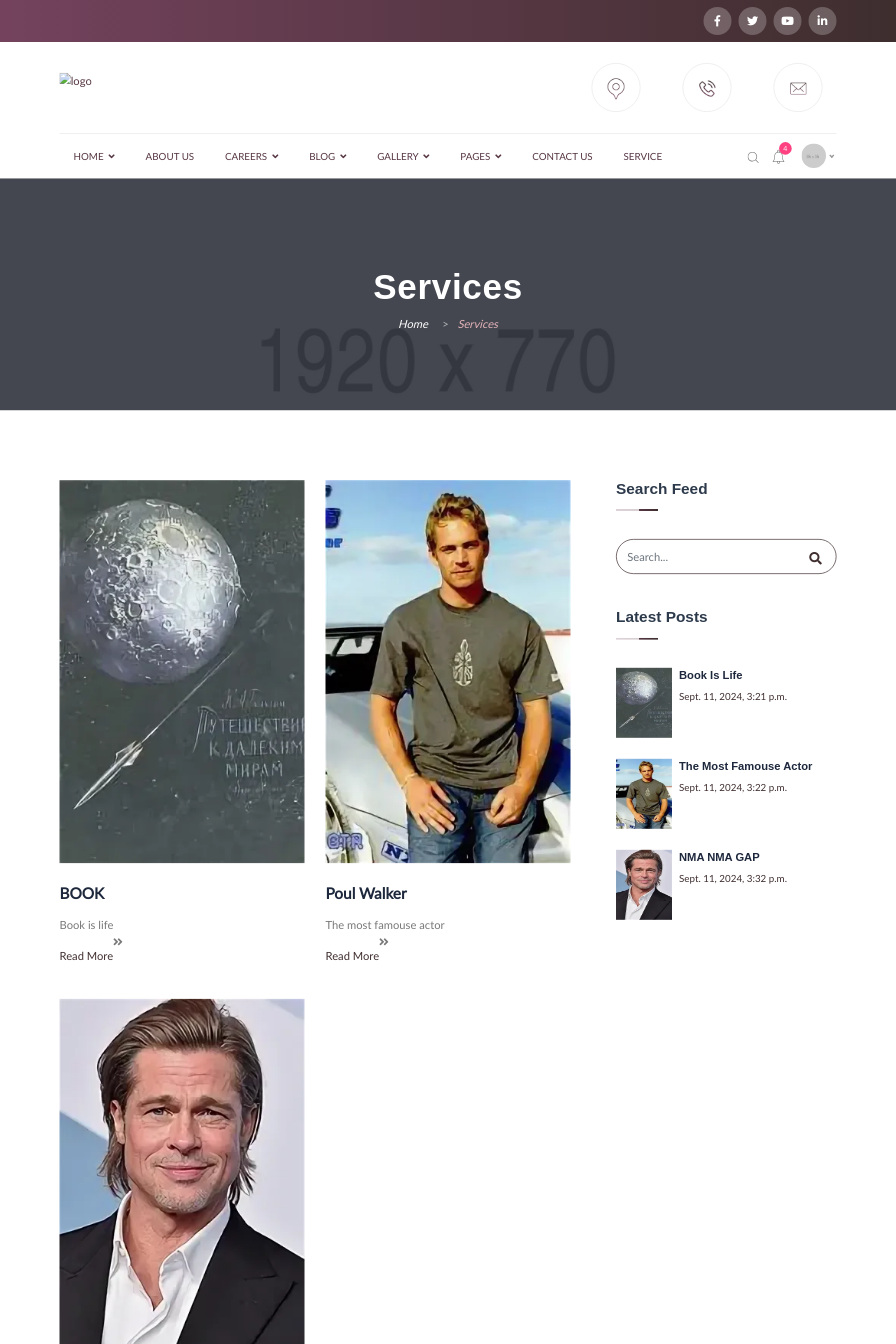
Repository: maqsudov0371/vazifa7oy10dars
Page: http://localhost/service/
The author's editor kept a copy of each file at every save. The page is drawn from the files as they stood at one save, then again after the next save.
The browser window is 1280 px wide. The pictures show the part of the page from y = 0 to 1920 px (the page is 3012 px tall), at 70% of full size.
Some web fonts or font styles are not loaded; a fallback is used. The page is served by the project's application, run on Django 4.2 (manage.py). Other server files are loaded and not shown. The page reads the database file committed with the project. Queries for data that is not in the repository find no rows.

Above is the page before, as saved 2024-09-11 18:21:53.
Console error: TypeError: Cannot read properties of undefined (reading 'left')

### main/templates/main/service.html
{% extends 'base.html' %}

{% block slider %}
{% endblock slider %}

{% block content %}
    <!-- inner header wrapper start -->
    <div class="page_title_section float_left">
        <div class="page_header">
            <div class="container">
                <div class="row">
                    <!-- section_heading start -->
                    <div class="col-lg-12 col-md-12 col-12 col-sm-12">
                        <h1>Services</h1>
                    </div>
                    <div class="col-lg-12 col-md-12 col-12 col-sm-12">
                        <div class="sub_title_section">
                            <ul class="sub_title">
                                <li><a href="#">Home</a> &nbsp;&nbsp;&nbsp; &gt; &nbsp;&nbsp;</li>
                                <li>Services</li>
                            </ul>
                        </div>
                    </div>
                </div>
            </div>
        </div>
    </div>
    <!-- inner header wrapper end -->

    <!-- blog wrapper start -->
    <div class="blog_wrapper float_left">
        <div class="container">
            <div class="row">
                <div class="col-xl-8 col-lg-8 col-md-12 col-sm-12 col-xs-12">
                    <div class="row">
                        {% for service in services %}
                        <div class="col-md-6">
                            <div class="blog-post-wrapper iner_blog">
                                <div class="post-thumbnail">
                                    <img src="{{ service.image.url }}" class="img-responsive" alt="Image">
                                </div>
                                <div class="blog-content edu_service_header">
                                    <header class="entry-header">
                                        <h4 class="entry-title edu_service_heading">
                                            <a href="{% url 'main:service_detail' pk=service.pk %}">{{ service.title }}</a>
                                        </h4>
                                    </header>
                                    <div class="entry-content">
                                        <p>{{ service.content|truncatewords:20 }}</p>
                                    </div>
                                    <a href="{% url 'main:service_detail' pk=service.pk %}" class="blog_read">Read More</a>
                                    <i class="fa fa-angle-double-right" aria-hidden="true"></i>
                                </div>
                            </div>
                        </div>
                        {% endfor %}
                    </div>
                </div>

                <!-- Sidebar -->
                <div class="col-xl-4 col-lg-4 col-md-12 col-sm-12 col-xs-12 right_sidebar blog_single_sidebar">
                    <!-- Search Form -->
                    <div class="sidebar_widget float_left">
                        <div class="widget_heading">
                            <h2>Search feed</h2>
                        </div>
                        <form class="search_form" role="search">
                            <div class="form-group">
                                <input type="text" class="form-control" placeholder="Search...">
                            </div>
                            <button type="submit"><i class="fa fa-search"></i></button>
                        </form>
                    </div>

                    <!-- Latest Posts -->
                    <div class="sidebar_widget float_left">
                        <div class="widget_heading">
                            <h2>Latest Posts</h2>
                        </div>
                        {% for service in services %}
                            <div class="blog_wrapper22 float_left">
                                <div class="blog_image">
                                    <img src="{{ service.image.url }}" class="img-responsive" alt="blog_img1" style="height: 100px; width: 80px;" />
                                </div>
                                <div class="blog_text">
                                    <h5><a href="#">{{ service.content }}</a></h5>
                                    <div class="blog_date">{{ service.created_at }}</div>
                                </div>
                            </div>
                        {% endfor %}

                    </div>


                </div>
            </div>
        </div>
    </div>
    <!-- blog wrapper end -->

    <!-- edu letter wrapper Start -->
    <div class="edu_letter_main_wrapper float_left">
        <div class="container">
            <div class="edu_left_envo">
                <img src="images/innn.png" alt="img">
                <h3>Sign Up for Newsletter</h3>
            </div>
            <div class="edu_right_form">
                <input type="text" placeholder="Enter your email">
                <button>Sign Up</button>
            </div>
        </div>
    </div>
    <!-- edu letter wrapper End -->
{% endblock content %}

### templates/base.html
<!DOCTYPE html>
<!--
Template Name: Edu365 Education HTML
Version: 1.0.0
Author: Webstrot

-->
<!--[if IE 8]> <html lang="en" class="ie8 no-js"> <![endif]-->
<!--[if IE 9]> <html lang="en" class="ie9 no-js"> <![endif]-->
<!--[if !IE]><!-->
<html lang="zxx">
<!--[endif]-->

<head>
    <meta charset="utf-8" />
    <title>Edu365 Education HTML Template</title>
    <meta content="width=device-width, initial-scale=1.0" name="viewport" />
    <meta name="description" content="Education" />
    <meta name="keywords" content="Education" />
    <meta name="author" content="" />
    <meta name="MobileOptimized" content="320" />
    <!--Template style -->
    {% include 'components/_style.html' %}

</head>

<body>
        <div id="preloader">
        <div id="status">
            <img src="/static/images/preloader.gif" id="preloader_image" alt="loader">
        </div>
    </div>
    <!-- edu top header wrapper Start -->
        {% include 'components/header/_top_header.html' %}
    <!-- edu top header wrapper End -->

    <!-- edu logo header wrapper Start -->
        {% include 'components/header/_logo_header.html' %}
    <!-- edu logo header wrapper End -->

    <!-- edu navihation header wrapper Start -->
        {% include 'components/header/_navihation_header.html' %}
    <!-- edu navihation header wrapper End -->

        <!-- edu slider wrapper Start -->
        {% block slider %}
        {% include 'components/header/_slider.html' %}
        {% endblock slider %}
    <!-- edu slider wrapper End -->

    {% block content %}
    {% endblock content %}

     <!-- footer Wrapper Start -->
    {% include 'components/_footer.html' %}
    <!-- footer Wrapper End -->

    {% include 'components/_script.html' %}

</body>
</html>

### templates/components/_style.html
{% load static %}
<link rel="stylesheet" type="text/css" href="{% static 'css/animate.css' %}" />
<link rel="stylesheet" type="text/css" href="{% static 'css/bootstrap.min.css' %}" />
<link rel="stylesheet" type="text/css" href="{% static 'css/fonts.css' %}" />
<link rel="stylesheet" type="text/css" href="{% static 'css/font-awesome.css' %}" />
<link rel="stylesheet" type="text/css" href="{% static 'css/nice-select.css' %}" />
<link rel="stylesheet" type="text/css" href="{% static 'css/settings.css' %}" />
<link rel="stylesheet" type="text/css" href="{% static 'css/book.css' %}" />
<link rel="stylesheet" type="text/css" href="{% static 'css/swiper.css' %}" />
<link rel="stylesheet" type="text/css" href="{% static 'css/venobox.css' %}" />
<link rel="stylesheet" type="text/css" href="{% static 'css/testimonial.css' %}" />
<link rel="stylesheet" type="text/css" href="{% static 'css/flaticon.css' %}" />
<link rel="stylesheet" type="text/css" href="{% static 'css/owl.carousel.css' %}" />
<link rel="stylesheet" type="text/css" href="{% static 'css/owl.theme.default.css' %}" />
<link rel="stylesheet" type="text/css" href="{% static 'css/settings.css' %}" />
<link rel="stylesheet" type="text/css" href="{% static 'css/layers.css' %}" />
<link rel="stylesheet" type="text/css" href="{% static 'css/navigation.css' %}" />
<link rel="stylesheet" type="text/css" href="{% static 'css/style.css' %}" />
<link rel="stylesheet" type="text/css" href="{% static 'css/responsive.css' %}" />
<!--favicon-->
<link rel="shortcut icon" type="image/png" href="{% static 'images/favicon.png' %}" />

### templates/components/header/_top_header.html
<div class="edu_top_header_wrapper float_left">
        <div class="container">
            <div class="row">
                <div class="col-xl-6 col-lg-6 col-md-6 col-sm-12 col-12">
                    <div class="edu_top_header_left_wrapper">
                        <p>{{ header.message }}</p>
                    </div>
                </div>
                <div class="col-xl-6 col-lg-6 col-md-6 col-sm-12 col-12">
                    <div class="edu_top_header_right_wrapper">
                        <ul>
                            <li><a href=""><i class="fab fa-facebook-f"></i></a>
                            </li>
                            <li><a href="#"><i class="fab fa-twitter"></i></a>
                            </li>
                            <li><a target="_blank" href="https://www.youtube.com/{{ header.youtube }}"><i class="fab fa-youtube"></i></a>
                            </li>
                            <li><a href="#"><i class="fab fa-linkedin-in"></i></a>
                            </li>
                        </ul>
                    </div>
                </div>
            </div>
        </div>
    </div>

### templates/components/header/_logo_header.html
<div class="edu_logo_header_wrapper float_left">
        <div class="container">
            <div class="row">
                <div class="col-md-12">
                    <div class="edu_border_line">
                        <div class="row">
                            <div class="col-md-3">
                                <div class="edu_logo_main_wrapper">
                                    <a href="index.html">
                                        <img src="{{ header.logo.url }}" alt="logo">
                                    </a>
                                </div>
                            </div>
                            <div class="col-md-9 d-none d-sm-none d-md-block">
                                <div class="lv_share_info_wrapper">
                                    <ul>
                                        <li>
                                            <div class="lv_header_icon">
                                                <img src="/static/images/pin.png" alt="Map Icon" title="Map Icon">
                                            </div>
                                            <p>{{ header.address }}</p>
                                        </li>
                                        <li>
                                            <div class="lv_header_icon">
                                                <img src="/static/images/phone.png" alt="Call Icon" title="Call Icon">
                                            </div>
                                            <p>{{ header.phone1 }}
                                                <br>{{ header.phone2 }}</p>
                                        </li>
                                        <li>
                                            <div class="lv_header_icon">
                                                <img src="/static/images/env.png" alt="Mail Icon" title="Mail Icon">
                                            </div>
                                            <p> <a href="#">{{ header.email1 }}</a>
                                                <br> <a href="#">{{ header.email2 }}</a>
                                            </p>
                                        </li>
                                    </ul>
                                </div>
                            </div>
                        </div>
                    </div>
                </div>
            </div>
        </div>
    </div>
    <a id="back2Top" title="Back to top" href="#">&#10148;</a>

### main/models.py
from django.db import models
from django.contrib.auth.models import AbstractUser, User
from django.urls import reverse
from django.core.validators import FileExtensionValidator
from PIL import Image
from django.db import models



# Create your models here.

class User(AbstractUser):
    phone = models.CharField(max_length=13, blank=True,  db_index=True)
    auth_code = models.CharField(max_length=6, blank=True)

    # def get_absolute_url(self):
    #     print(self)
    #     return reverse("main:account", kwargs={"id": self.id})

    def __str__(self) -> str:
        return f"{self.username}"


class Category(models.Model):
    title = models.CharField(max_length=15)

    def __str__(self) -> str:
        return f"{self.title}"


class Tag(models.Model):
    title = models.CharField(max_length=15)

    def __str__(self) -> str:
        return f"{self.title}"




class Course(models.Model):
    LANGUAGES = (
        ('uz', 'O\'zbekcha'),
        ('ru', 'Ruscha'),
        ('en', 'Inglizcha'),
    )
    title = models.CharField(max_length=100)
    slug = models.SlugField(max_length=255, unique=True, blank=True)
    description = models.TextField()
    duration = models.DurationField(blank=True)
    price = models.DecimalField(max_digits=10, decimal_places=2)  # 100.00
    category = models.ForeignKey('Category', on_delete=models.CASCADE, related_name="courses")
    created_at = models.DateTimeField(verbose_name="Boshlanish vaqti")
    updated_at = models.DateTimeField(auto_now=True, verbose_name="Yangilanish vaqti")
    language = models.CharField(max_length=100, blank=True, choices=LANGUAGES)
    rating = models.PositiveBigIntegerField(verbose_name="Rating", default=0)
    image = models.ImageField(upload_to="images", blank=True)
    tags = models.ManyToManyField('Tag', verbose_name="tags")

    class Meta:
        ordering = ['-rating']

    def save(self, *args, **kwargs):
        # Call the parent save method to save the object
        super().save(*args, **kwargs)

        if self.image:
            img = Image.open(self.image.path)

            # Resize the image to 150x220
            img = img.resize((150, 220), Image.ANTIALIAS)
            img.save(self.image.path)


# -------------------------------------------------------------------

class Header(models.Model):
    message = models.CharField(max_length=150)
    facebook = models.CharField(max_length=30)
    twitter = models.CharField(max_length=30)
    youtube = models.CharField(max_length=30)
    linkedin = models.CharField(max_length=30)
    logo = models.ImageField(upload_to="header/logo/")
    address = models.CharField(max_length=150)
    phone1 = models.CharField(max_length=15)
    phone2 = models.CharField(max_length=15)
    email1 = models.EmailField()
    email2 = models.EmailField()

    def __str__(self):
        return f"{self.message}"


class HeaderImage(models.Model):
    service = models.CharField(max_length=100)
    content = models.CharField(max_length=255)
    header = models.ForeignKey(Header, on_delete=models.CASCADE)
    image = models.ImageField(upload_to='header/images/')


class Service(models.Model):
    title = models.CharField(max_length=150)
    content = models.TextField()
    image = models.ImageField(upload_to="service/", help_text="O'lcham: 160x250 px")
    book_image = models.ImageField(upload_to="book/image/", help_text="O'lcham 371x202 px")
    created_at = models.DateTimeField(auto_now_add=True)


class ServiceBook(models.Model):
    service = models.ForeignKey(Service, on_delete=models.PROTECT)
    file = models.FileField(upload_to="book/file/", validators=[
        FileExtensionValidator(allowed_extensions=['pdf', 'doc', 'docx'])
    ])


class Teachers(models.Model):
    title = models.CharField(max_length=255)
    name = models.CharField(max_length=100)
    image = models.ImageField(upload_to="teachers/images/", help_text="O'lcham 372x325 px")
    description = models.TextField()
    age = models.PositiveIntegerField()

### config/urls.py
"""
URL configuration for config project.

The `urlpatterns` list routes URLs to views. For more information please see:
    https://docs.djangoproject.com/en/4.2/topics/http/urls/
Examples:
Function views
    1. Add an import:  from my_app import views
    2. Add a URL to urlpatterns:  path('', views.home, name='home')
Class-based views
    1. Add an import:  from other_app.views import Home
    2. Add a URL to urlpatterns:  path('', Home.as_view(), name='home')
Including another URLconf
    1. Import the include() function: from django.urls import include, path
    2. Add a URL to urlpatterns:  path('blog/', include('blog.urls'))
"""
from django.contrib import admin
from django.urls import path, include
from django.conf import settings
from django.conf.urls.static import static

urlpatterns = [
    path('admin/', admin.site.urls),
    path('', include('main.urls', namespace="main")),
]

urlpatterns += static(settings.MEDIA_URL, document_root=settings.MEDIA_ROOT)

### main/urls.py
from django.urls import path
from .views import (HomePageView, RegisterView, LoginView, CourseDetailView,
                    AddCourseView, UpdateCourseView, ServiceView, ServiceDetailView)

app_name = 'main'

urlpatterns = [
    path('', HomePageView.as_view(), name="home"),
    path('register', RegisterView.as_view(), name="register"),
    path('login', LoginView.as_view(), name="kirish"),
    path('course/<str:slug>', CourseDetailView.as_view(), name="detail"),
    path('add_course', AddCourseView.as_view(), name="add_course"),
    path('course/<int:pk>/edit', UpdateCourseView.as_view(), name="update_course"),
    path('service/', ServiceView.as_view(), name="services"),
    path('service_detail/<int:pk>/', ServiceDetailView.as_view(), name='service_detail'),

]

### staticfiles/css/flaticon.css
	/*
  	Flaticon icon font: Flaticon
  	Creation date: 03/07/2019 08:55
  	*/

@font-face {
  font-family: "Flaticon";
  src: url("../fonts/Flaticon.eot");
  src: url("../fonts/Flaticon.eot?#iefix") format("embedded-opentype"),
       url("../fonts/Flaticon.woff2") format("woff2"),
       url("../fonts/Flaticon.woff") format("woff"),
       url("../fonts/Flaticon.ttf") format("truetype"),
       url("../fonts/Flaticon.svg#Flaticon") format("svg");
  font-weight: normal;
  font-style: normal;
}

@media screen and (-webkit-min-device-pixel-ratio:0) {
  @font-face {
    font-family: "Flaticon";
    src: url("./Flaticon.svg#Flaticon") format("svg");
  }
}

[class^="flaticon-"]:before, [class*=" flaticon-"]:before,
[class^="flaticon-"]:after, [class*=" flaticon-"]:after {
  font-family: Flaticon;
        font-size: 20px;
font-style: normal;
margin-left: 20px;
}

.flaticon-menu:before { content: "\f100"; }
.flaticon-close-envelope:before { content: "\f101"; }
.flaticon-telephone:before { content: "\f102"; }
.flaticon-map-marker:before { content: "\f103"; }
.flaticon-plus-symbol:before { content: "\f104"; }
.flaticon-left-arrow:before { content: "\f105"; }
.flaticon-right-arrow:before { content: "\f106"; }
.flaticon-notification:before { content: "\f107"; }
.flaticon-college-graduation:before { content: "\f108"; }
.flaticon-books-stack-of-three:before { content: "\f109"; }
.flaticon-classroom:before { content: "\f10a"; }
.flaticon-kids-couple:before { content: "\f10b"; }
.flaticon-file:before { content: "\f10c"; }

### db.sqlite3 (the tables this page reads, as SQL)
CREATE TABLE "main_service" ("id" integer NOT NULL PRIMARY KEY AUTOINCREMENT, "title" varchar(150) NOT NULL, "content" text NOT NULL, "image" varchar(100) NOT NULL, "book_image" varchar(100) NOT NULL, "created_at" datetime NOT NULL);
INSERT INTO "main_service" VALUES
(1, 'BOOK', 'Book is life', 'service/i_3_66ipPX7.webp', 'book/image/i_2_F5CahHc.webp', '2024-09-11 10:21:45.974625'),
(2, 'Poul Walker', 'The most famouse actor', 'service/160x250_rpNRk8M.webp', 'book/image/371x202_oRnJeCW.webp', '2024-09-11 10:22:16.011371'),
(3, 'nma nma gap', 'NMA NMA GAP', 'service/i_5.webp', 'book/image/i_6.webp', '2024-09-11 10:32:34.940560');

Loaded but not shown: staticfiles/css/animate.css (library); staticfiles/css/bootstrap.min.css (library); staticfiles/css/font-awesome.css (library); staticfiles/css/nice-select.css (common file); staticfiles/css/settings.css (library); staticfiles/css/swiper.css (library); staticfiles/css/venobox.css (common file); staticfiles/css/owl.carousel.css (library); staticfiles/css/owl.theme.default.css (common file); staticfiles/css/style.css (library); staticfiles/js/jquery-3.3.1.min.js (library); staticfiles/js/bootstrap.min.js (library); staticfiles/js/modernizr.js (library); staticfiles/js/jquery.themepunch.revolution.min.js (library); staticfiles/js/jquery.themepunch.tools.min.js (library); staticfiles/js/jquery.countTo.js (common file); staticfiles/js/jquery.inview.min.js (common file); staticfiles/js/swiper.min.js (library); staticfiles/js/venobox.min.js (library); staticfiles/js/owl.carousel.js (library); staticfiles/js/jquery.menu-aim.js (library); staticfiles/js/jquery.nice-select.min.js (common file); staticfiles/js/revolution.extension.actions.min.js (library); staticfiles/js/revolution.extension.carousel.min.js (library); staticfiles/js/revolution.extension.kenburn.min.js (library); staticfiles/js/revolution.extension.layeranimation.min.js (library); staticfiles/js/revolution.extension.migration.min.js (library); staticfiles/js/revolution.extension.navigation.min.js (library); staticfiles/js/revolution.extension.parallax.min.js (library); staticfiles/js/revolution.extension.slideanims.min.js (library); staticfiles/js/revolution.extension.video.min.js (library); staticfiles/js/custom.js (239 lines, source omitted); staticfiles/js/testimonial.js (106 lines, source omitted); staticfiles/css/layers.css (5805 lines, source omitted); staticfiles/css/navigation.css (2642 lines, source omitted); templates/components/header/_navihation_header.html (606 lines, source omitted); staticfiles/css/book.css (669 lines, source omitted); staticfiles/css/fonts.css (342 lines, source omitted); staticfiles/css/testimonial.css (69 lines, source omitted); templates/components/_script.html (186 lines, source omitted); staticfiles/css/responsive.css (431 lines, source omitted); main/views.py (200 lines, source omitted); templates/components/_footer.html (119 lines, source omitted)

After the next save:
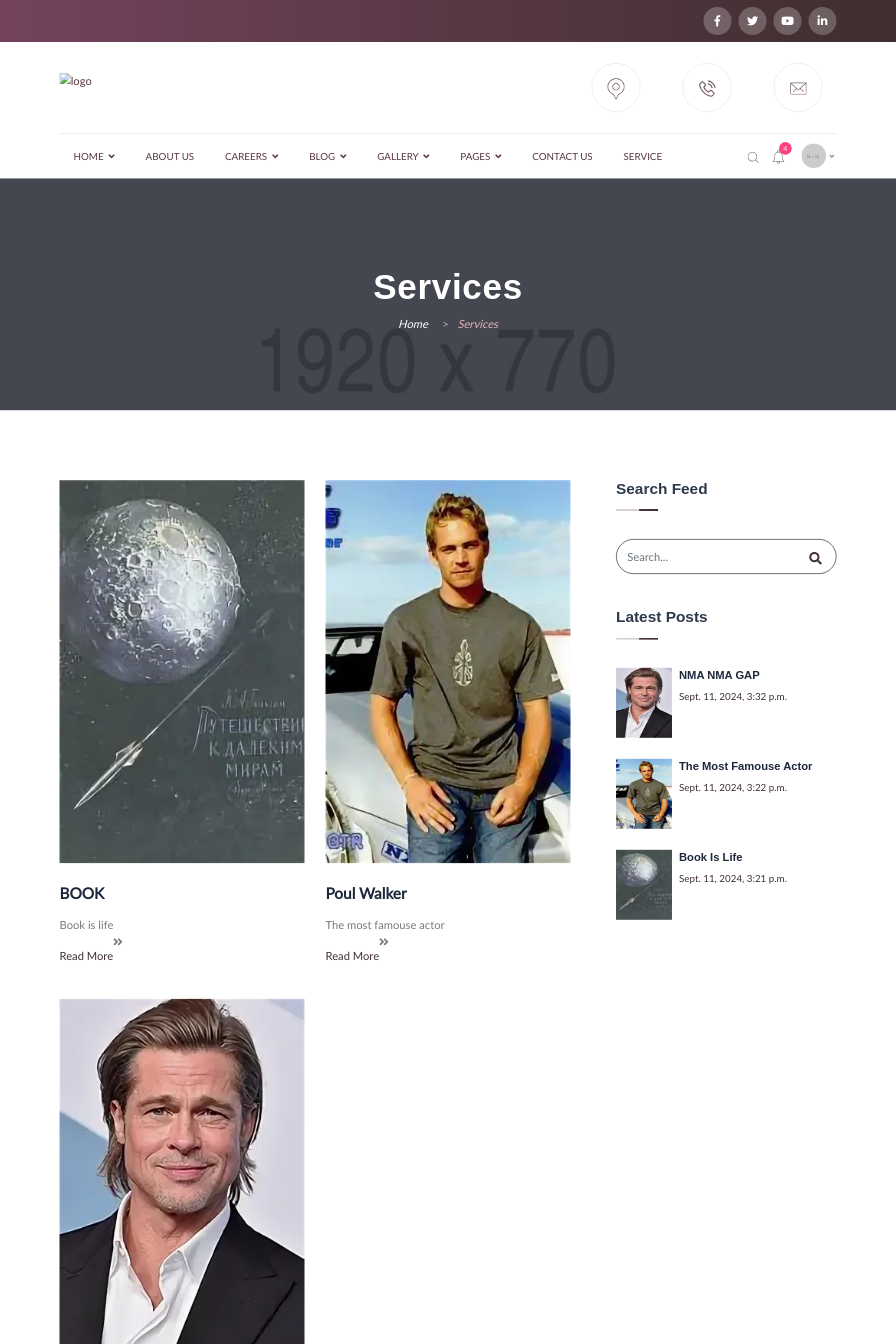
Saved 12 s later.
--- a/main/templates/main/service.html
+++ b/main/templates/main/service.html
@@ -77,7 +77,7 @@
                         <div class="widget_heading">
                             <h2>Latest Posts</h2>
                         </div>
-                        {% for service in services %}
+                        {% for service in latest_services %}
                             <div class="blog_wrapper22 float_left">
                                 <div class="blog_image">
                                     <img src="{{ service.image.url }}" class="img-responsive" alt="blog_img1" style="height: 100px; width: 80px;" />
